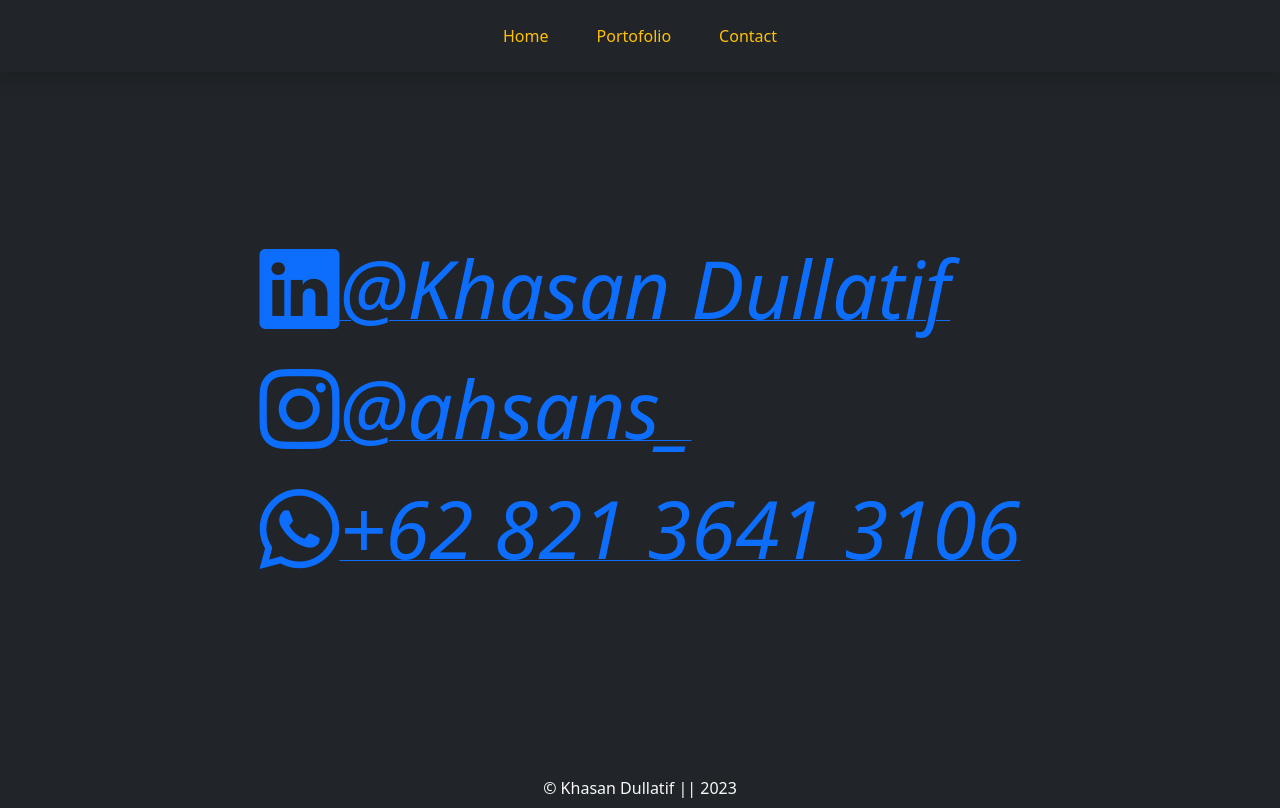
Repository: AHSANS354/Tugas-MSIB-5-GitHub
Page: tugas/tugas bootsrap/contact.html
These files come from the project's save history. The page is drawn as it stood at one moment and after the next save; the edit follows.
The browser window is 1280 px wide. The pictures show the whole page.

Above is the page before, as saved 2023-09-19 23:56:29.

### tugas/tugas bootsrap/contact.html
<!DOCTYPE html>
<html lang="en">
  <head>
    <meta charset="utf-8" />
    <meta name="viewport" content="width=device-width, initial-scale=1" />
    <title>Bootstrap demo</title>
    <link href="https://cdn.jsdelivr.net/npm/bootstrap@5.3.2/dist/css/bootstrap.min.css" rel="stylesheet" integrity="sha384-T3c6CoIi6uLrA9TneNEoa7RxnatzjcDSCmG1MXxSR1GAsXEV/Dwwykc2MPK8M2HN" crossorigin="anonymous" />
    <link rel="stylesheet" href="https://cdn.jsdelivr.net/npm/bootstrap-icons@1.11.1/font/bootstrap-icons.css" />
    <style>
      .content {
        display: flex;
        justify-content: center;
        align-items: center;
        height: 100vh;
      }
      i {
        font-size: 5rem;
      }
    </style>
  </head>
  <body class="bg-dark">
    <div class="home">
      <div class="row">
        <ul class="nav fixed-top justify-content-center bg-dark p-3 gap-3 shadow">
          <li class="nav-item">
            <a class="nav-link text-warning" href="home.html">Home</a>
          </li>
          <li class="nav-item">
            <a class="nav-link text-warning" href="portofolio.html">Portofolio</a>
          </li>
          <li class="nav-item">
            <a class="nav-link text-warning" href="contact.html">Contact</a>
          </li>
        </ul>
      </div>
      <div class="content">
        <div class="row mt-5 pt-5">
          <div class="col d-flex flex-column">
            <a href=""><i class="bi bi-linkedin">@Khasan Dullatif</i></a>

            <a href=""><i class="bi bi-instagram">@ahsans_</i></a>

            <a href=""><i class="bi bi-whatsapp">+62 821 3641 3106</i></a>
          </div>
        </div>
      </div>
      <footer class="footer text-light text-center mt-5 p-2">&copy; Khasan Dullatif || 2023</footer>
    </div>
    <script src="https://cdn.jsdelivr.net/npm/bootstrap@5.3.2/dist/js/bootstrap.bundle.min.js" integrity="sha384-C6RzsynM9kWDrMNeT87bh95OGNyZPhcTNXj1NW7RuBCsyN/o0jlpcV8Qyq46cDfL" crossorigin="anonymous"></script>
  </body>
</html>

After the next save:
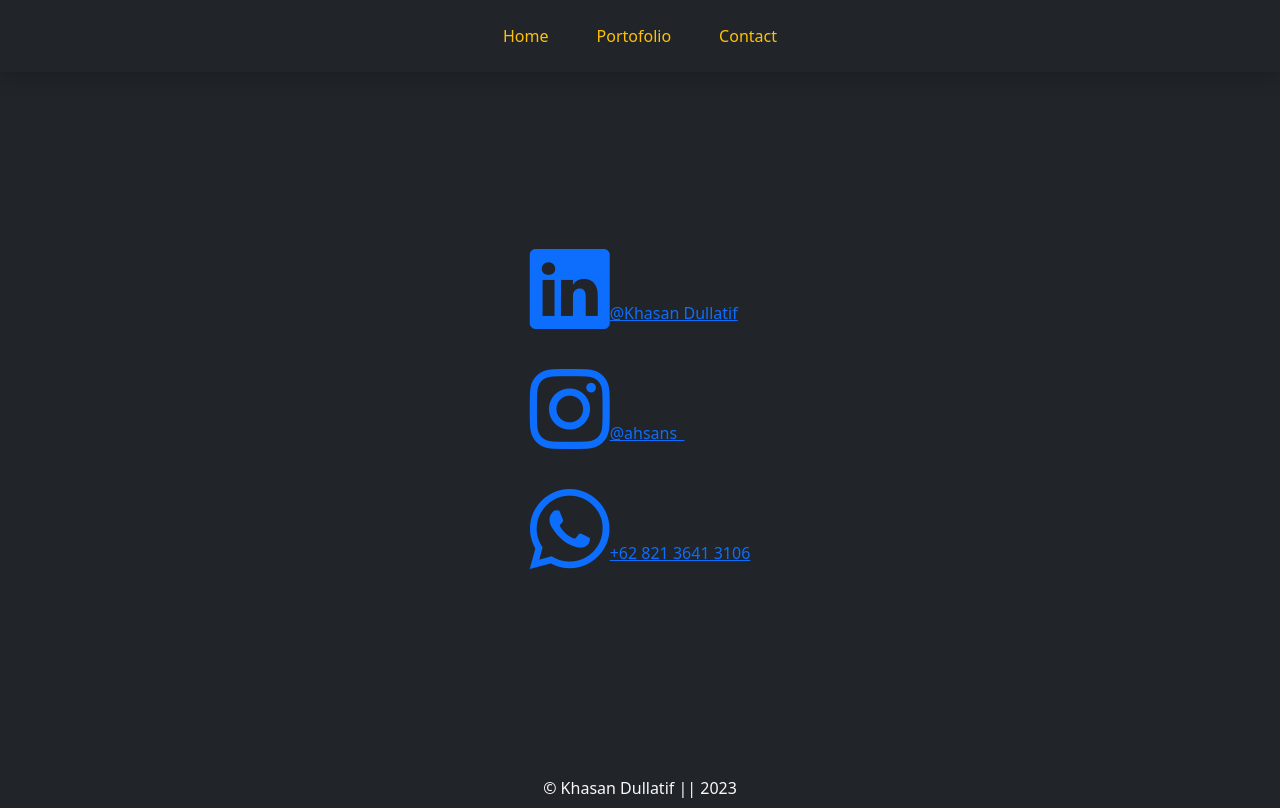
Saved 49 s later.
--- a/tugas/tugas bootsrap/contact.html
+++ b/tugas/tugas bootsrap/contact.html
@@ -36,11 +36,11 @@
       <div class="content">
         <div class="row mt-5 pt-5">
           <div class="col d-flex flex-column">
-            <a href=""><i class="bi bi-linkedin">@Khasan Dullatif</i></a>
+            <a href=""><i class="bi bi-linkedin"></i>@Khasan Dullatif</a>
 
-            <a href=""><i class="bi bi-instagram">@ahsans_</i></a>
+            <a href=""><i class="bi bi-instagram"></i>@ahsans_</a>
 
-            <a href=""><i class="bi bi-whatsapp">+62 821 3641 3106</i></a>
+            <a href=""><i class="bi bi-whatsapp"></i>+62 821 3641 3106</a>
           </div>
         </div>
       </div>
